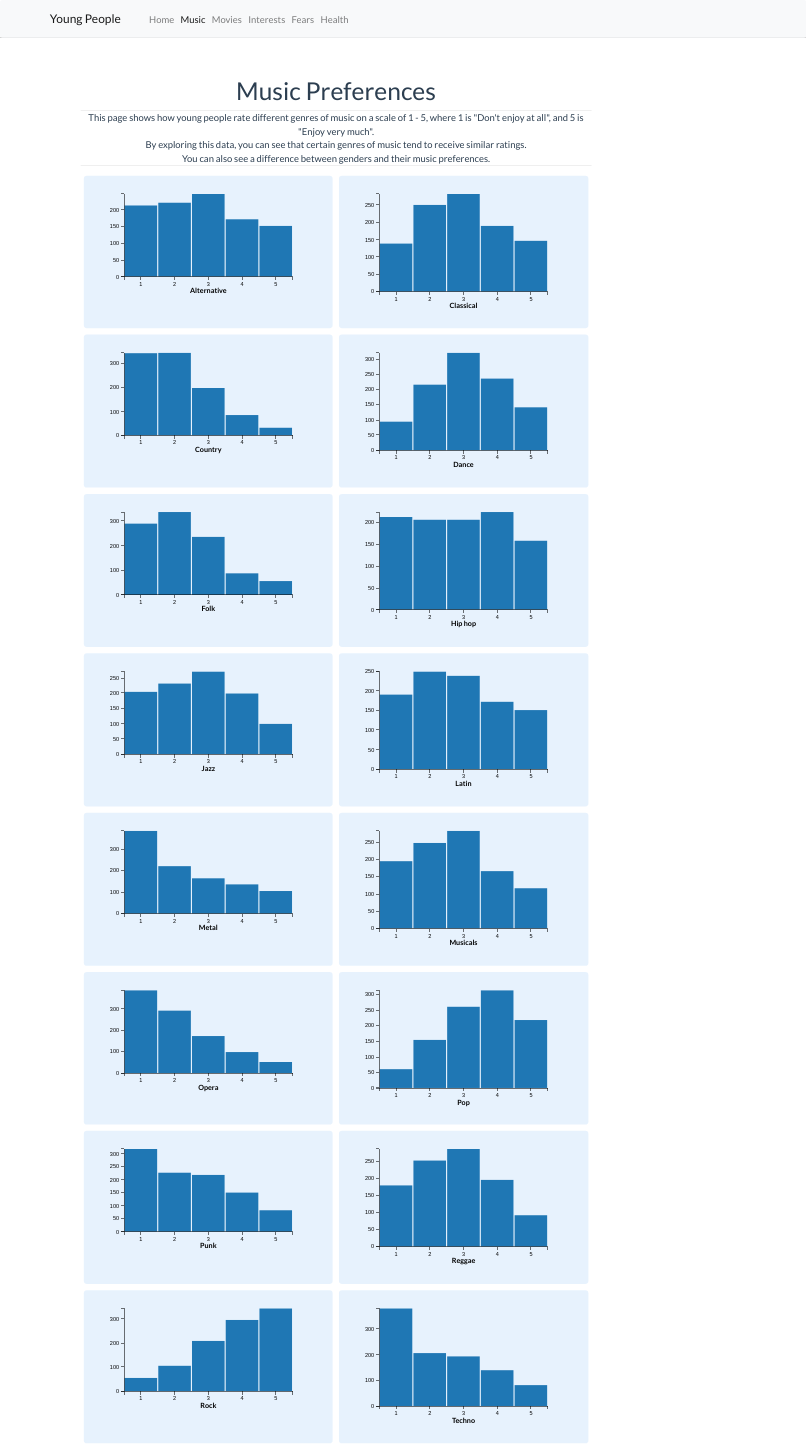
Repository: BrendanMolloy/milestone2
Page: music.html
The author's editor kept a record of every edit. The page is drawn from the files as they stood at one moment, then again after the next edit.
The browser window is 1280 px wide. The pictures show the whole page, at 63% of full size.
Some web libraries are served in a nearby version.

Above is the page before.

After the next edit:
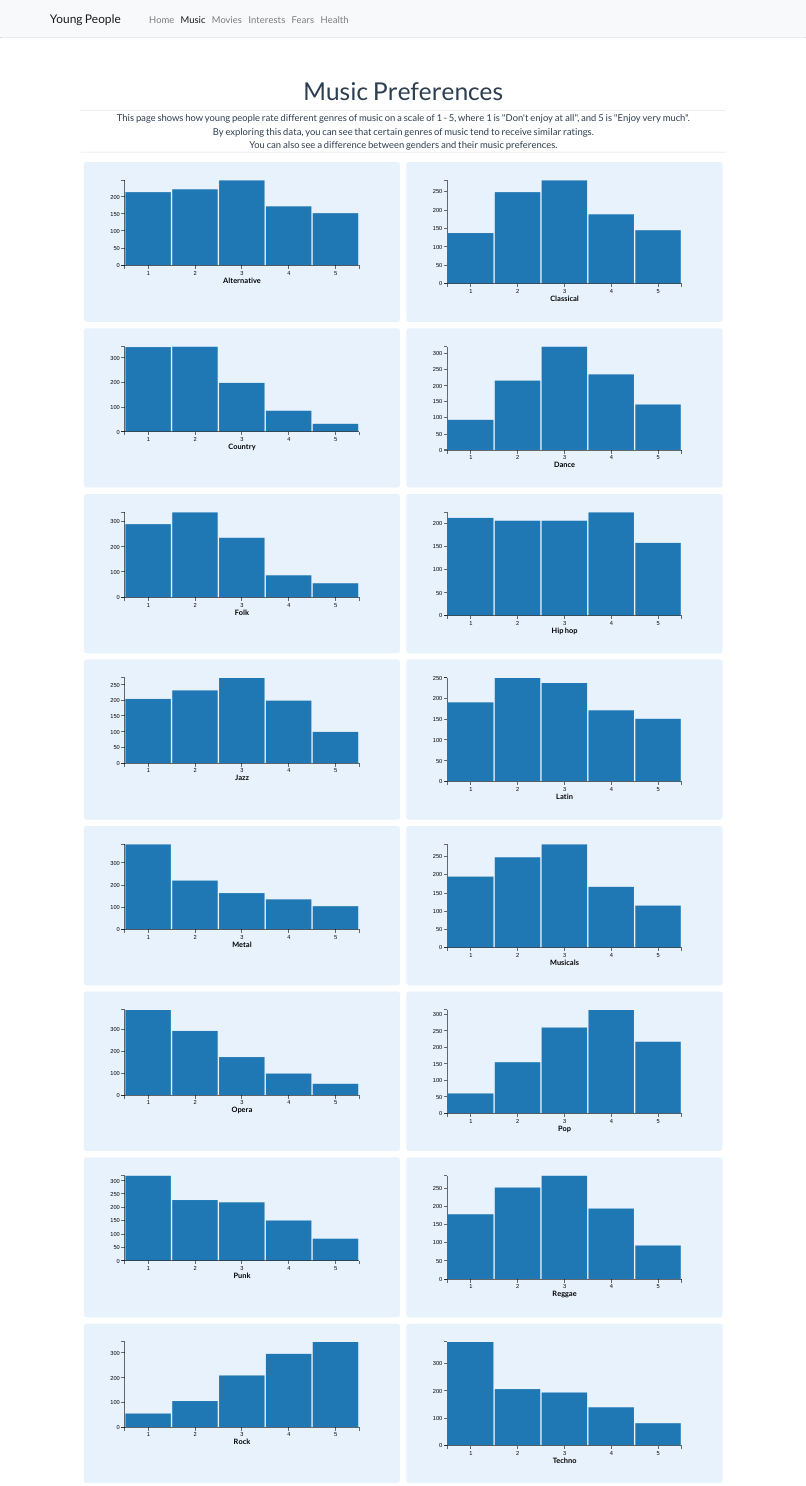
The edit:
--- a/music.html
+++ b/music.html
@@ -74,7 +74,7 @@
       </div>
 
       <!-------------------------------- Music ------------------------------------->
-      <div class="main col-xs-7 col-sm-7 col-m-7 col-lg-10">
+      <div class="main col-lg-12">
         <h1>Music Preferences</h1>
         <p>This page shows how young people rate different genres of music on a scale of 1 - 5, where 1 is "Don't enjoy at all", and 5 is "Enjoy very much".
           <br> By exploring this data, you can see that certain genres of music tend to receive similar ratings.
